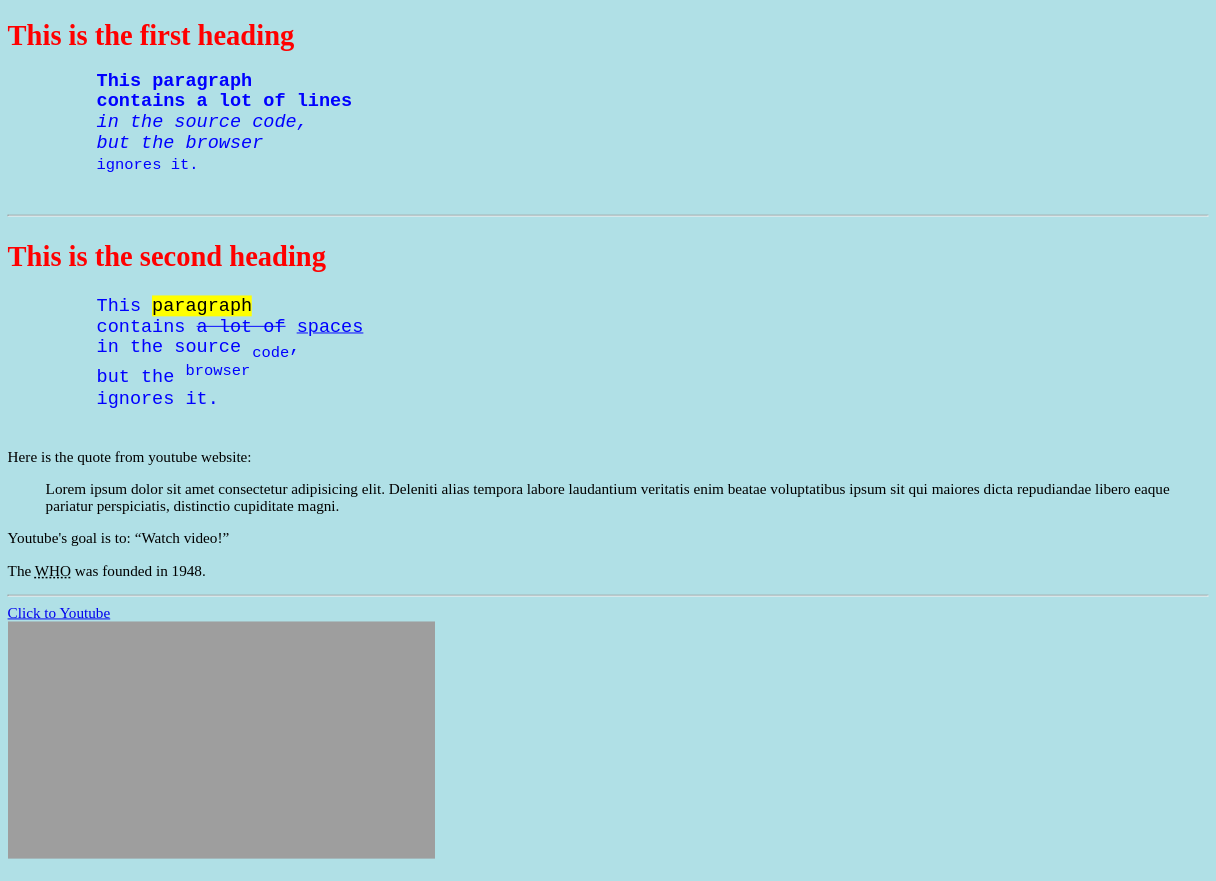
Repository: zRush1202/LoginPage-demo
Page: ex_html/index.html
These files come from the project's save history. The page is drawn as it stood at one moment and after the next save; the edit follows.
The browser window is 1280 px wide. The pictures show the whole page, at 95% of full size.
Pictures or frames that could not be fetched are drawn as grey boxes.

Above is the page before, as saved 2023-09-06 17:02:37.

### ex_html/index.html
<!DOCTYPE html>
<html lang="en">
<head>
    <meta charset="UTF-8">
    <meta name="viewport" content="width=device-width, initial-scale=1.0">
    <title>Page Title!</title>
</head>
<body style="background-color: powderblue;">
    <h1 style="color: red; font-size: 30px; font-family:'Times New Roman', Times, serif; text-align:left;">This is the first heading</h1>
    <pre style="color: blue; font-size: 150%;"; title="I'm a tooltip">
        <b>This paragraph</b>
        <strong>contains a lot of lines</strong>
        <i>in the source code,</i>
        <em>but the browser</em>
        <small>ignores it.</small>
    </pre>
    <hr>
    <h2 style="color:red;font-size: 30px; font-family: 'Times New Roman', Times, serif;">This is the second heading</h2>
    <pre style="color: blue; font-size: 150%;">
        This <mark>paragraph</mark>
        contains <del>a lot of</del> <ins>spaces</ins>
        in the source <sub>code</sub>,
        but the <sup>browser</sup>
        ignores it.
    </pre>
    <p>Here is the quote from youtube website:</p>
    <blockquote cite="https://www.youtube.com/">
        Lorem ipsum dolor sit amet consectetur adipisicing elit.
        Deleniti alias tempora labore laudantium veritatis enim beatae
        voluptatibus ipsum sit qui maiores dicta repudiandae libero eaque
        pariatur perspiciatis, distinctio cupiditate magni.
    </blockquote>
    <p>Youtube's goal is to: <q>Watch video!</q></p>
    <p>The <abbr title="World Health Organization">WHO</abbr> was founded in 1948.</p>
    <hr>
    <a href="https://www.youtube.com/"> Click to Youtube</a>
    <br>
    <img src="https://inkythuatso.com/uploads/images/2021/10/youtube-logo-inkythuatso-01-27-14-06-56.jpg" alt="Yae Miko" width="450" height="250">
    <br>

</body>
</html>

<!-- <!DOCTYPE html>
<html>
    <head>
        <title>
            Page Title!
        </title>
    </head>
    <body>
        <h1>First heading</h1>
        <p>First paragraph</p>
    </body>
</html> -->

After the next save:
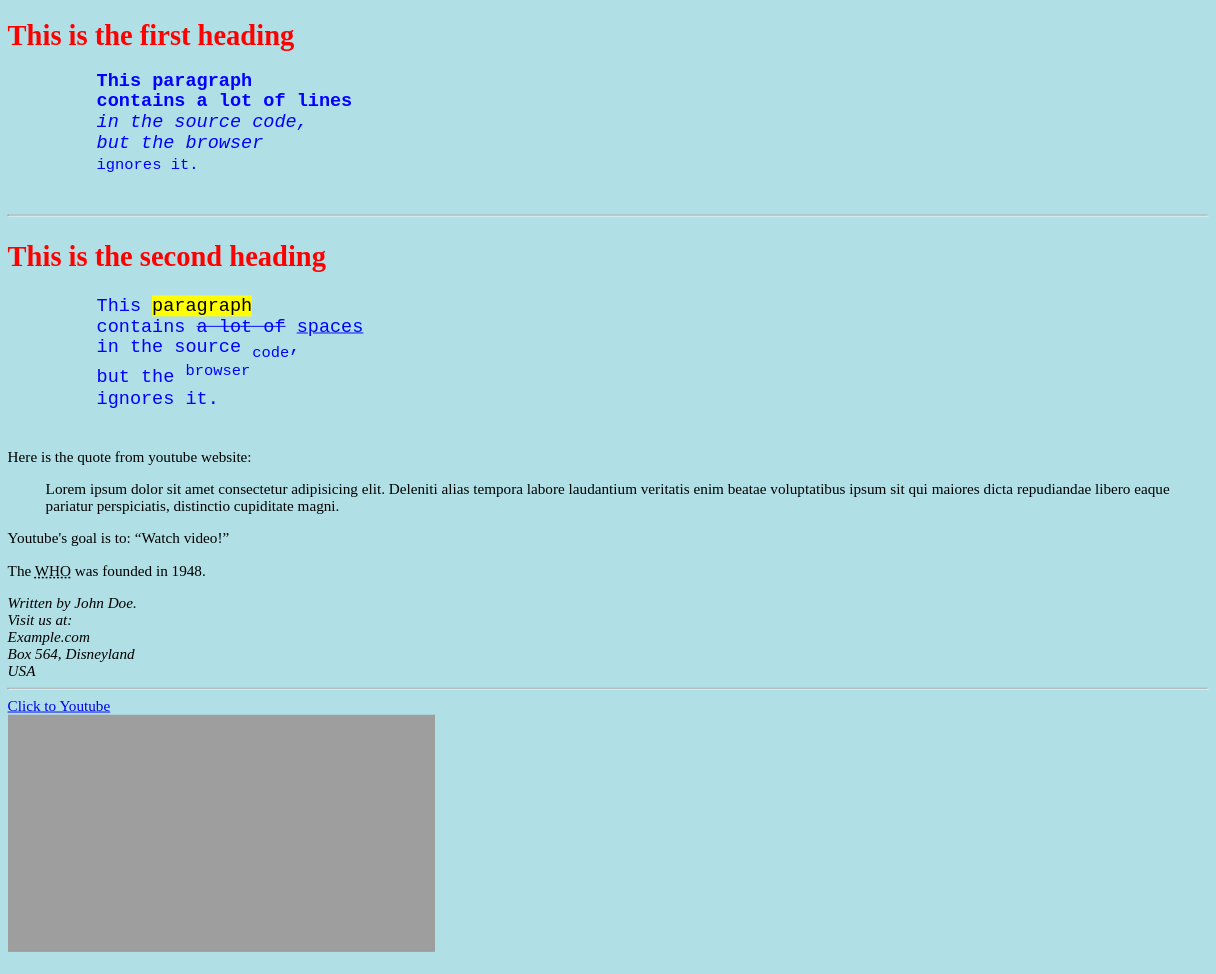
Saved 102 s later.
--- a/ex_html/index.html
+++ b/ex_html/index.html
@@ -32,6 +32,13 @@
     </blockquote>
     <p>Youtube's goal is to: <q>Watch video!</q></p>
     <p>The <abbr title="World Health Organization">WHO</abbr> was founded in 1948.</p>
+    <address>
+        Written by John Doe.<br>
+        Visit us at:<br>
+        Example.com<br>
+        Box 564, Disneyland<br>
+        USA
+    </address>
     <hr>
     <a href="https://www.youtube.com/"> Click to Youtube</a>
     <br>
